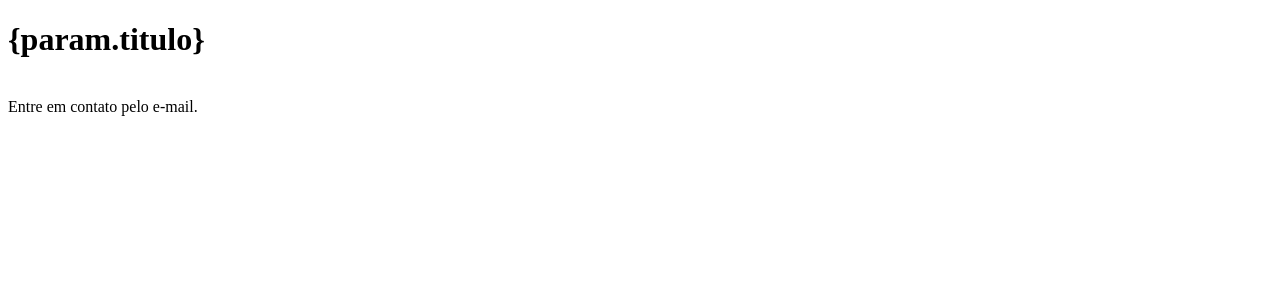
Repository: GabrielGGhost/EstudoJavaAW1-AW2
Page: http://localhost/estudos19/jsp/paginaP1.jsp
The author's editor kept a copy of each file at every save. The page is drawn from the files as they stood at one save, then again after the next save.
The browser window is 1280 px wide. The pictures show the whole page.
The page is served by Tomcat 9.

Above is the page before, as saved 2020-10-27 18:17:18.

### estudos19/WebContent/jsp/paginaP1.jsp
<%@ page language="java" contentType="text/html; charset=ISO-8859-1"
    pageEncoding="ISO-8859-1"%>
<!DOCTYPE html PUBLIC "-//W3C//DTD HTML 4.01 Transitional//EN" "http://www.w3.org/TR/html4/loose.dtd">
<html>
<head>
<meta http-equiv="Content-Type" content="text/html; charset=ISO-8859-1">
<title>Insert title here</title>
</head>
<body>
	<jsp:include page="cabecalho.jsp">
		<jsp:param value="Loja Virtual" name="titulo"/>
	</jsp:include>
	<br>
	Entre em contato pelo e-mail.
</body>
</html>

### estudos19/WebContent/jsp/cabecalho.jsp
<h1>{param.titulo}</h1>

After the next save:
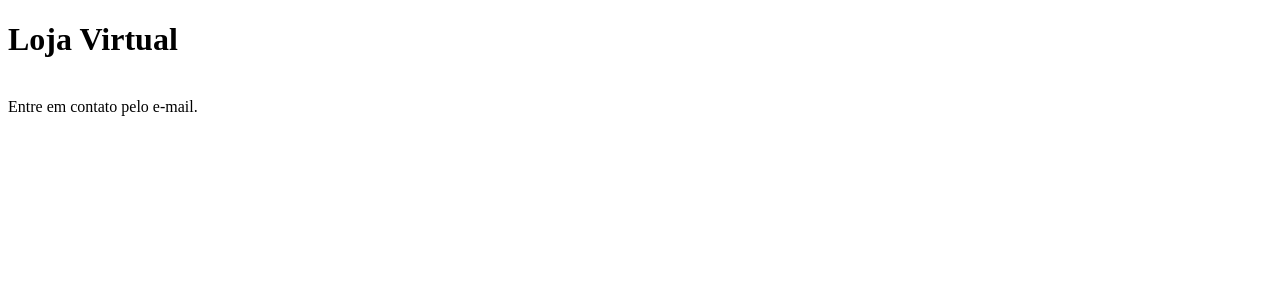
Saved 108 s later.
--- a/estudos19/WebContent/jsp/cabecalho.jsp
+++ b/estudos19/WebContent/jsp/cabecalho.jsp
@@ -1 +1 @@
-<h1>{param.titulo}</h1>
+<h1>${param.titulo}</h1>
